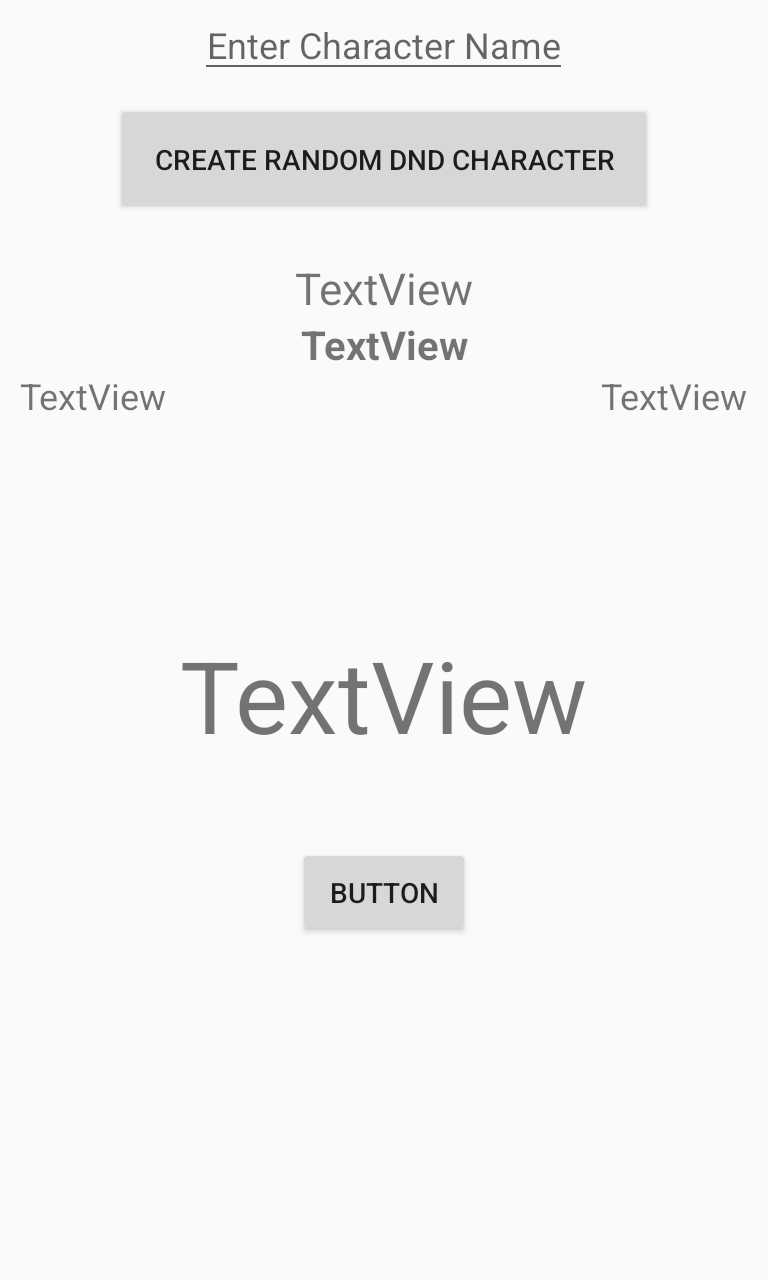
Repository: Vortelf/DnDAndroid
Layout: BuildApp/DnD/res/layout/activity_random_char.xml
These files come from the project's save history. The layout is drawn as it stood at one moment and after the next save; the edit follows.
It is drawn on a 768 x 1280 px phone screen (xhdpi) without system bars, with theme AppTheme; the app's code is not run.

Above is the layout before, as saved 2014-11-09 05:34:35.

### BuildApp/DnD/res/layout/activity_random_char.xml
<RelativeLayout xmlns:android="http://schemas.android.com/apk/res/android"
    xmlns:tools="http://schemas.android.com/tools"
    android:id="@+id/Char"
    android:layout_width="match_parent"
    android:layout_height="match_parent"

    tools:context="vortelf.dnd.RandomCharActivity" >

<ScrollView
    android:layout_width="match_parent"
    android:layout_height="match_parent" >

	<RelativeLayout
	    android:id="@+id/RandomScroll"
	    android:layout_width="match_parent"
	    android:layout_height="match_parent"
	    android:orientation="vertical" >

	    <EditText
	        android:id="@+id/inputCharName"
	        android:layout_width="wrap_content"
	        android:layout_height="wrap_content"
	        android:layout_centerHorizontal="true"
	        android:inputType="textCapSentences"
	        android:gravity="center_horizontal"
	        android:hint="@string/inputCharName" />

	    <Button
	        android:id="@+id/RandomButton"
	        android:layout_width="wrap_content"
	        android:layout_height="wrap_content"
	        android:layout_alignParentTop="true"
	        android:layout_centerHorizontal="true"
	        android:layout_marginTop="50dp"
	        android:gravity="center_horizontal"
	        android:padding="20dp"
	        android:text="@string/random_button" />

	<RelativeLayout
	    android:id="@+id/CharChar"
	    android:layout_width="wrap_content"
	    android:layout_height="wrap_content"
	    android:layout_below="@+id/RandomButton"
	    android:layout_marginLeft="10dp"
	    android:layout_marginRight="10dp"
	    android:orientation="vertical" >

	    <TextView
	        android:id="@+id/CharName"
	        android:layout_width="wrap_content"
	        android:layout_height="wrap_content"
	        android:layout_centerHorizontal="true"
	        android:layout_marginTop="20dp"
	        android:textSize="22sp"
	        android:text="TextView" />

	    <TextView
	        android:id="@+id/RaceNClass"
	        android:layout_width="wrap_content"
	        android:layout_height="wrap_content"
	        android:layout_below="@+id/CharName"
			android:gravity="center_horizontal"
			android:layout_centerHorizontal="true"
			android:textSize="20sp"
			android:textStyle="bold"
	        android:text="TextView" />

	    <TextView
	        android:id="@+id/CharStats"
	        android:layout_width="wrap_content"
	        android:layout_height="wrap_content"
	        android:layout_below="@+id/RaceNClass"
	        android:textSize="18sp"
	        android:text="TextView" />

	    <TextView
	        android:id="@+id/AbiMod"
	        android:layout_width="wrap_content"
	        android:layout_height="wrap_content"
	        android:layout_alignBaseline="@+id/CharStats"
	        android:layout_alignParentRight="true"
			android:layout_centerHorizontal="true"
			android:layout_marginTop="25dp"
	        android:textSize="18sp"
	        android:text="TextView" />


	    </RelativeLayout>

	    <TextView
	        android:id="@+id/Roller"
	        android:layout_width="wrap_content"
	        android:layout_height="wrap_content"
	        android:layout_below="@id/CharChar"
	        android:layout_centerHorizontal="true"
	        android:layout_marginTop="104dp"
	        android:text="TextView"
	        android:textSize="50sp" />



	    <Button
	        android:id="@+id/SwitchActivity"
	        android:layout_width="wrap_content"
	        android:layout_height="wrap_content"
	        android:layout_below="@+id/Roller"
	        android:layout_centerHorizontal="true"
	        android:layout_marginTop="41dp"
	        android:text="Button" />

	</RelativeLayout>
</ScrollView>
</RelativeLayout>

### BuildApp/DnD/res/values/strings.xml
<?xml version="1.0" encoding="utf-8"?>
<resources>

    <string name="app_name">DnD</string>
    <string name="action_settings">About</string>
    <string name="random_button">Create Random DnD Character</string>
    <string name="inputCharName">Enter Character Name</string>
    <string name="title_activity_main">MainActivity</string>
    <string name="title_RandomSelection">Create Random Character</string>
    <string name="title_CustomSelection">Create Custom Character</string>
    <string name="title_DiceRollSelection">Dice Roller</string>
    <string name="navigation_drawer_open">Open navigation drawer</string>
    <string name="navigation_drawer_close">Close navigation drawer</string>
    <string name="action_example">Example action</string>
    <string name="title_activity_custom_char">CustomCharActivity</string>
    <string name="hello_world">Hello world!</string>
    <string name="title_activity_dice_roll">DiceRollActivity</string>
    <string name="extend">This is something that is supposed to be very long and extendive</string>
    <string name="title_section1">Selection 1</string>
    <string name="title_section2">Selection 2</string>
    <string name="title_section3">Selection 3</string>
    <string name="title_activity_about"></string>
    <string name="about_foot">Made for HackFMI 4</string>
    <string name="AppName">Dungeons and Dragons</string>

</resources>

Loaded but not shown: BuildApp/DnD/res/values/styles.xml (common file); BuildApp/DnD/res/values-v11/styles.xml (common file); BuildApp/DnD/res/values-v14/styles.xml (common file)

After the next save:
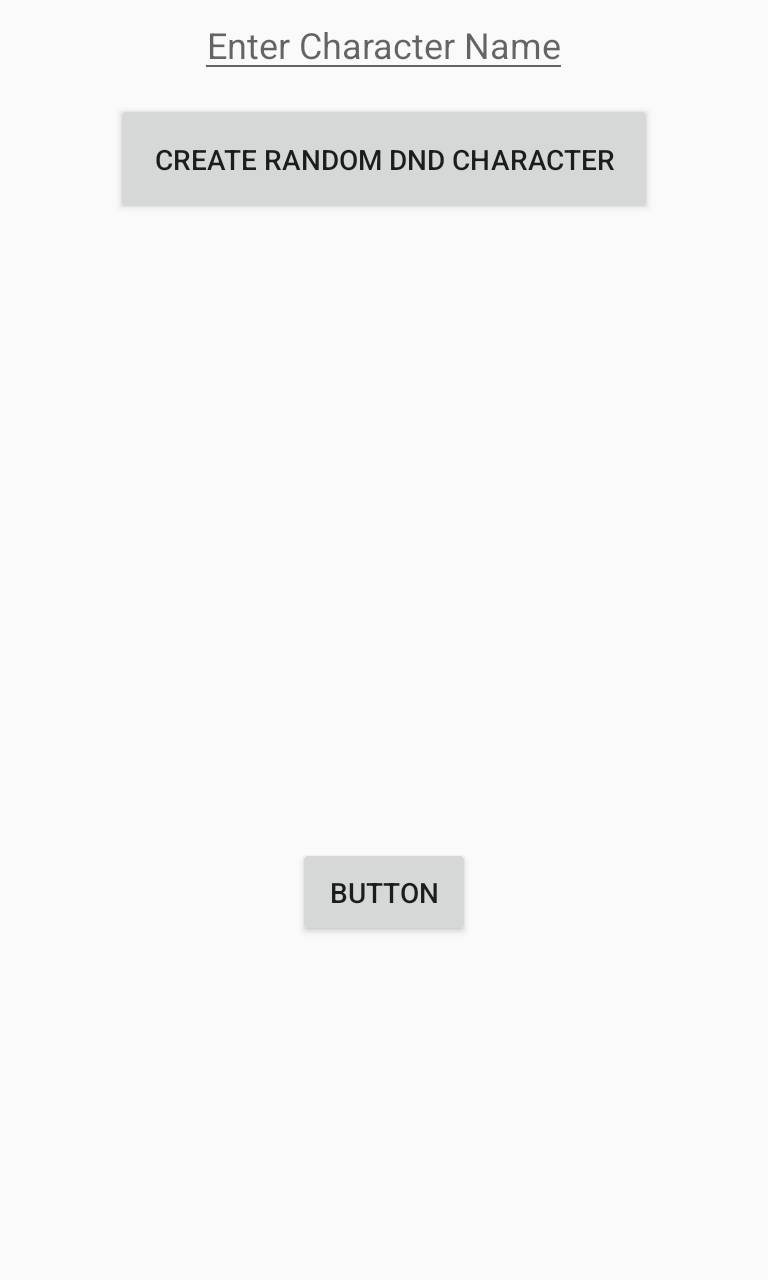
Saved 94 s later.
--- a/BuildApp/DnD/res/layout/activity_random_char.xml
+++ b/BuildApp/DnD/res/layout/activity_random_char.xml
@@ -52,7 +52,7 @@
 	        android:layout_centerHorizontal="true"
 	        android:layout_marginTop="20dp"
 	        android:textSize="22sp"
-	        android:text="TextView" />
+	        android:text="" />
 
 	    <TextView
 	        android:id="@+id/RaceNClass"
@@ -63,7 +63,7 @@
 			android:layout_centerHorizontal="true"
 			android:textSize="20sp"
 			android:textStyle="bold"
-	        android:text="TextView" />
+	        android:text="" />
 
 	    <TextView
 	        android:id="@+id/CharStats"
@@ -71,7 +71,7 @@
 	        android:layout_height="wrap_content"
 	        android:layout_below="@+id/RaceNClass"
 	        android:textSize="18sp"
-	        android:text="TextView" />
+	        android:text="" />
 
 	    <TextView
 	        android:id="@+id/AbiMod"
@@ -82,7 +82,7 @@
 			android:layout_centerHorizontal="true"
 			android:layout_marginTop="25dp"
 	        android:textSize="18sp"
-	        android:text="TextView" />
+	        android:text="" />
 
 
 	    </RelativeLayout>
@@ -94,7 +94,7 @@
 	        android:layout_below="@id/CharChar"
 	        android:layout_centerHorizontal="true"
 	        android:layout_marginTop="104dp"
-	        android:text="TextView"
+	        android:text=""
 	        android:textSize="50sp" />
 
 
